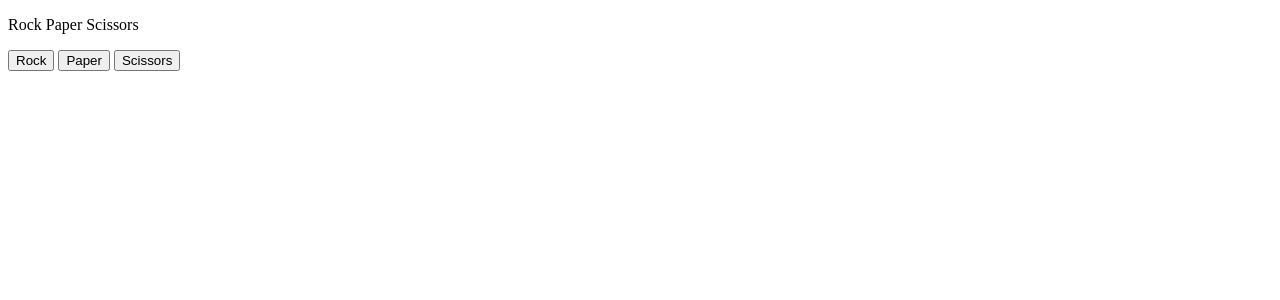
Repository: pgyunknown/Rock_paper_scissors-
Page: index.html
The author's editor kept a copy of each file at every save. The page is drawn from the files as they stood at one save, then again after the next save.
The browser window is 1280 px wide. The pictures show the whole page.

Above is the page before, as saved 2024-08-19 22:32:57.

After the next save:
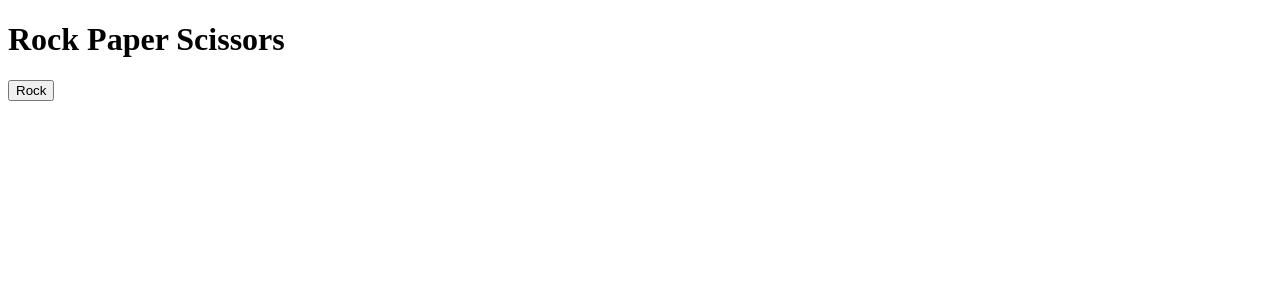
Console error (its wording comes from the project's code and is left out).
Saved 33 s later.
--- a/index.html
+++ b/index.html
@@ -1,91 +1,35 @@
+<!DOCTYPE html>
+<html lang="en">
+<head>
+  <meta charset="UTF-8">
+  <meta name="viewport" content="width=device-width, initial-scale=1.0">
+  <title>Document</title>
+</head>
+<body>
+  <script></script>
+  <h1>Rock Paper Scissors</h1>
 
-<!DOCTYPE html>
-<html>
-  <head>
-    <title>Rock Paper Scissors</title>
-  </head>
-  <body>
-    <p>Rock Paper Scissors</p>
-    <button onclick="
-      const randomNumber = Math.random();
+  <button onclick="
+  const randomNumber=Math.random()
+    let computerMove='';
+    if(randomNumber>=0 && randomNumber< 1/3){
+      computerMove='Rock';
+    }if(randomNumber>=1/3 && randomNumber< 2/3){
+      computerMove='Paper';
+    }if(randomNumber>=2/3 && randomNumber< 1){
+      computerMove='Scissors';
+    }
 
-      let computerMove = '';
+    let result='';
+    if(computerMove==='Rock'){
+      result='Tie';
+    }else if(computerMove==='Paper'){
+      result='Loose';
+    }else(computerMove==='Scissors'){
+      result='Win';
+    }
 
-      if (randomNumber >= 0 && randomNumber < 1 / 3) {
-        computerMove = 'rock';
-      } else if (randomNumber >= 1 / 3 && randomNumber < 2 / 3) {
-        computerMove = 'paper';
-      } else if (randomNumber >= 2 / 3 && randomNumber < 1) {
-        computerMove = 'scissors';
-      }
-
-      let result = '';
-
-      if (computerMove === 'rock') {
-        result = 'Tie.';
-      } else if (computerMove === 'paper') {
-        result = 'You lose.';
-      } else if (computerMove === 'scissors') {
-        result = 'You win.';
-      }
-
-      alert(`You picked rock. Computer picked ${computerMove}. ${result}`);
-    ">Rock</button>
-
-    <button onclick="
-      const randomNumber = Math.random();
-
-      let computerMove = '';
-
-      if (randomNumber >= 0 && randomNumber < 1 / 3) {
-        computerMove = 'rock';
-      } else if (randomNumber >= 1 / 3 && randomNumber < 2 / 3) {
-        computerMove = 'paper';
-      } else if (randomNumber >= 2 / 3 && randomNumber < 1) {
-        computerMove = 'scissors';
-      }
-
-      let result = '';
-
-      if (computerMove === 'rock') {
-        result = 'You win.';
-      } else if (computerMove === 'paper') {
-        result = 'Tie.';
-      } else if (computerMove === 'scissors') {
-        result = 'You lose.';
-      }
-
-      alert(`You picked paper. Computer picked ${computerMove}. ${result}`);
-    ">Paper</button>
-
-    <button onclick="
-      const randomNumber = Math.random();
-
-      let computerMove = '';
-
-      if (randomNumber >= 0 && randomNumber < 1 / 3) {
-        computerMove = 'rock';
-      } else if (randomNumber >= 1 / 3 && randomNumber < 2 / 3) {
-        computerMove = 'paper';
-      } else if (randomNumber >= 2 / 3 && randomNumber < 1) {
-        computerMove = 'scissors';
-      }
-
-      let result = '';
-
-      if (computerMove === 'rock') {
-        result = 'You lose.';
-      } else if (computerMove === 'paper') {
-        result = 'You win.';
-      } else if (computerMove === 'scissors') {
-        result = 'Tie.';
-      }
-
-      alert(`You picked scissors. Computer picked ${computerMove}. ${result}`);
-    ">Scissors</button>
-
-    <script>
-
-    </script>
-  </body>
+    alert(`You picked rock. Computer picked ${computerMove}. ${result}`);
+  ">Rock</button>
+</body>
 </html>
